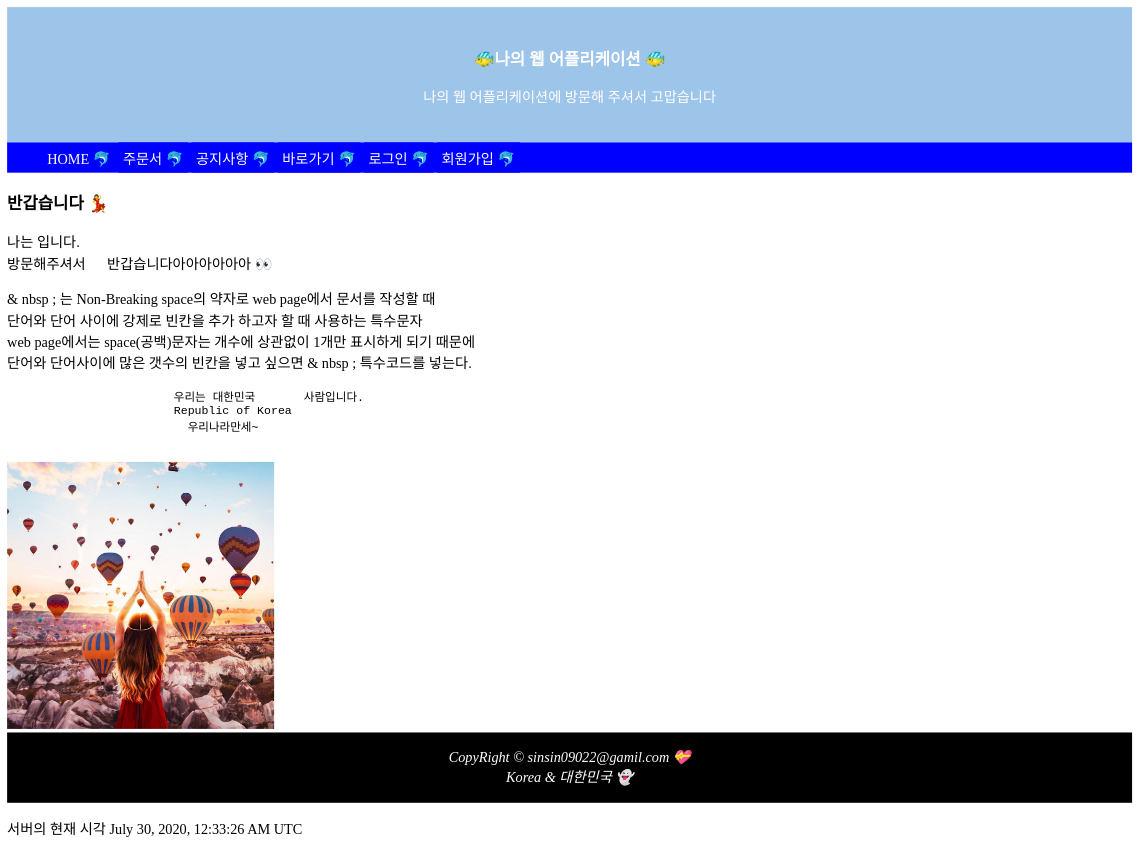
Repository: haetsalshin/Biz_506_2020_07_SpringMVC
Page: http://localhost/SpMVC_001_Order/
These files come from the project's save history. The page is drawn as it stood at one moment and after a run of saves; the edit follows.
The browser window is 1280 px wide. The pictures show the whole page, at 89% of full size.
The page is served by Tomcat 9. Other server files are loaded and not shown. The template is opened directly, without the code that normally fills it, so the values that code supplies are empty.

Above is the page before, as saved 2020-07-30 02:41:32.

### SpMVC_001_Order/src/main/webapp/WEB-INF/views/home.jsp
<%@ page language="java" contentType="text/html; charset=UTF-8"
    pageEncoding="UTF-8"%>
<!DOCTYPE html>
<html>
<head>
<!--  이 파일은 stylesheet구조다.요즘에는 type을 사용하지 않지만 어떤 곳은 명시 해야만 해야되기도 한다. -->
<!--  내가 어제 navi와 header부분 디자인 만들어 놓은 것을 그대로 불러와서 적용하는 것. -->
<!-- include 사용하는 이유는 우리는 상당부분 article빼고는 다른 부분은 계속 같기 때문에
	그래서 이러한 부분은 다시 만들지 않도록 따로 분리해두는 것
 -->

	<%@ include file = "/WEB-INF/views/include/include-head.jspf" %>
</head>
<body>
	<%@ include file = "/WEB-INF/views/include/include-header.jspf" %>
	<%@ include file= "/WEB-INF/views/include/include-nav.jspf" %>

	<section>
	<h3>반갑습니다 &#128131; </h3>
	<p>나는 ${name} 입니다.</br> 방문해주셔서&nbsp;&nbsp;&nbsp;&nbsp;&nbsp;
	반갑습니다아아아아아아 &#128064; </p>
	<p>& nbsp ; 는 Non-Breaking space의 약자로 web page에서 문서를 작성할 때</br>
	단어와 단어 사이에 강제로 빈칸을 추가 하고자 할 때 사용하는 특수문자</br>
	web page에서는 space(공백)문자는 개수에 상관없이 1개만 표시하게 되기 때문에</br>
	단어와 단어사이에 많은 갯수의 빈칸을 넣고 싶으면 & nbsp ; 특수코드를 넣는다.
	<p>
	<!-- Pre :  내가 입력한 그대로 출력되도록 하는 tag. 빈칸이랑 다 포함이 된다. -->
		<pre>
			우리는 대한민국       사람입니다.
			Republic of Korea
			&nbsp; 우리나라만세~
		</pre>
	</p>

	</section>
	<section>
		<img src ="resources/images/turkey.jpg" alt ="터키 사진" width="300px" >


	</section>
	<%@ include file ="/WEB-INF/views/include/include-footer.jspf" %>
	<p>서버의 현재 시각 ${serverTime}</p>
</body>
</html>

### SpMVC_001_Order/src/main/webapp/WEB-INF/views/include/include-head.jspf
<%@ page language="java" contentType="text/html; charset=UTF-8"
    pageEncoding="UTF-8"%>
<meta charset="UTF-8">
<meta name='viewport' content='width=device-width, initial-scale=1'>
<!--  특수문자는 화면을 읽는 게 인식을 하지 못하므로 접근성 테스트에서 통과하지 못한다.
	  따라서 웬만하면 특수문자 쓰지 말것
 -->
<title>나의 웹어플</title>
<link rel ="stylesheet" href = "resources/css/main.css" type ="text/css" >

### SpMVC_001_Order/src/main/webapp/WEB-INF/views/include/include-header.jspf
<%@ page language="java" contentType="text/html; charset=UTF-8"
    pageEncoding="UTF-8"%>

<header>
	<h3> &#128032;나의 웹 어플리케이션 &#128032;</h3>
	<P>나의 웹 어플리케이션에 방문해 주셔서 고맙습니다</P>
</header>

### SpMVC_001_Order/src/main/webapp/WEB-INF/views/include/include-nav.jspf
<%@ page language="java" contentType="text/html; charset=UTF-8"
    pageEncoding="UTF-8"%>
<nav>
	<ul>
		<li><a href="#">HOME &#128044;	</a></li>
		<li><a href="#">주문서 &#128044;</a></li>
		<li><a href="#">공지사항 &#128044;</a></li>
		<li><a href="#">바로가기 &#128044;</a></li>
		<li><a href="#">로그인 &#128044;</a></li>
		<li><a href="#">회원가입 &#128044;</a></li>
	</ul>
</nav>

### SpMVC_001_Order/src/main/webapp/WEB-INF/views/include/include-footer.jspf
<%@ page language="java" contentType="text/html; charset=UTF-8"
    pageEncoding="UTF-8"%>
	<footer>
		<!-- address라는 태그로 감싸면 이탤릭체로 된다. -->
		<!--  &앤드는 아래와 같이 copy와 amp같은 걸 쓸 때 써주기 때문에 둘이 중복되지 않도록
		원래는 사용하는 것이 금지 되어 있다. 그래서 저런형식으로 써주는 것. -->
		<address>CopyRight &copy; sinsin09022@gamil.com &#128157;</address>
		<address>Korea &amp; 대한민국 &#128123;</address>
	</footer>

### SpMVC_001_Order/src/main/webapp/resources/css/main.css
@charset "UTF-8";

        /*
        style 지정할 때 사용하는 단위
        px, pt, dp, em, rem 등등...

        rem(em) : box내부에 문자열 content 있을 때 content 문자열 중에 가장 큰 문자열을 기준으로
            배율을 정하라

        */

        header {
            background-color: rgb(157, 196, 233);
            color: white;
            padding: 1.5rem;
            text-align: center;
        }

        nav {

            background-color: blue;

        }
        ul {
            margin: 0;
        }

        li{
            display: inline-block;
            padding: 5px;
            background-color: blue;
            color: white;
            cursor: pointer;
        }
        li:hover {
            background-color: teal;
            color: white;
        }
        /*
            text-decoration : anchar tag는 특성상 문자열에 밑줄과 같은 속성이 지정된다.
                이 속성을 모두 없애서 디자인이 흐트러지는 것을 방지할 수 있다.
        */
        a{
            color: white;
            text-decoration: none;
        }


footer{
		background-color: black;
		text-align: center;
		padding: 1.1rem;
		color: white;
}

After the next 2 saves:
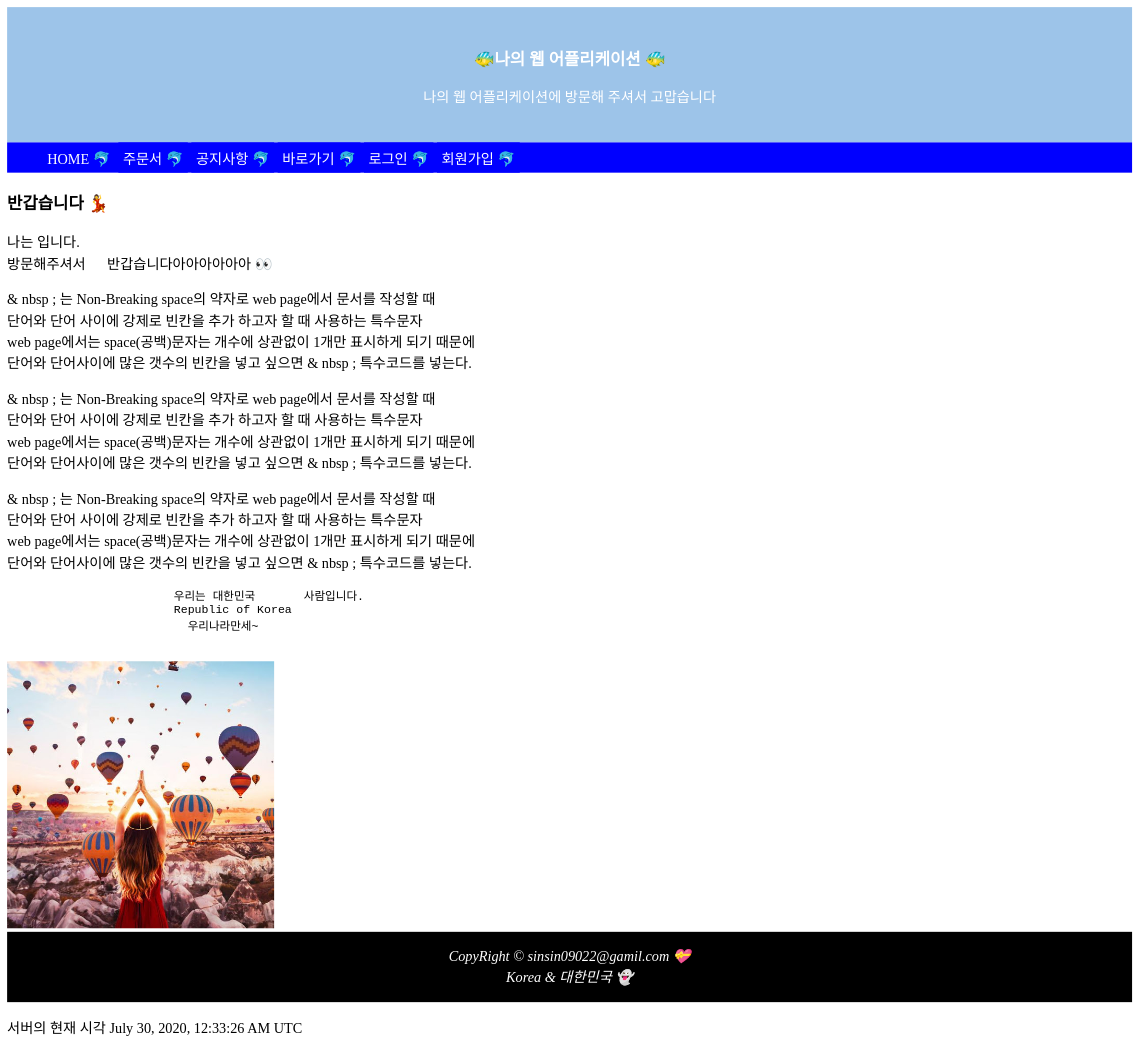
The 2 saves are shown as one change because they came seconds apart.
The last was saved 20 s later.
--- a/SpMVC_001_Order/src/main/webapp/WEB-INF/views/home.jsp
+++ b/SpMVC_001_Order/src/main/webapp/WEB-INF/views/home.jsp
@@ -24,7 +24,21 @@
 	web page에서는 space(공백)문자는 개수에 상관없이 1개만 표시하게 되기 때문에</br>
 	단어와 단어사이에 많은 갯수의 빈칸을 넣고 싶으면 & nbsp ; 특수코드를 넣는다.
 	<p>
+
+	<p>& nbsp ; 는 Non-Breaking space의 약자로 web page에서 문서를 작성할 때</br>
+	단어와 단어 사이에 강제로 빈칸을 추가 하고자 할 때 사용하는 특수문자</br>
+	web page에서는 space(공백)문자는 개수에 상관없이 1개만 표시하게 되기 때문에</br>
+	단어와 단어사이에 많은 갯수의 빈칸을 넣고 싶으면 & nbsp ; 특수코드를 넣는다.
+	<p>
+
+	<p>& nbsp ; 는 Non-Breaking space의 약자로 web page에서 문서를 작성할 때</br>
+	단어와 단어 사이에 강제로 빈칸을 추가 하고자 할 때 사용하는 특수문자</br>
+	web page에서는 space(공백)문자는 개수에 상관없이 1개만 표시하게 되기 때문에</br>
+	단어와 단어사이에 많은 갯수의 빈칸을 넣고 싶으면 & nbsp ; 특수코드를 넣는다.
+	<p>
+
 	<!-- Pre :  내가 입력한 그대로 출력되도록 하는 tag. 빈칸이랑 다 포함이 된다. -->
+
 		<pre>
 			우리는 대한민국       사람입니다.
 			Republic of Korea
